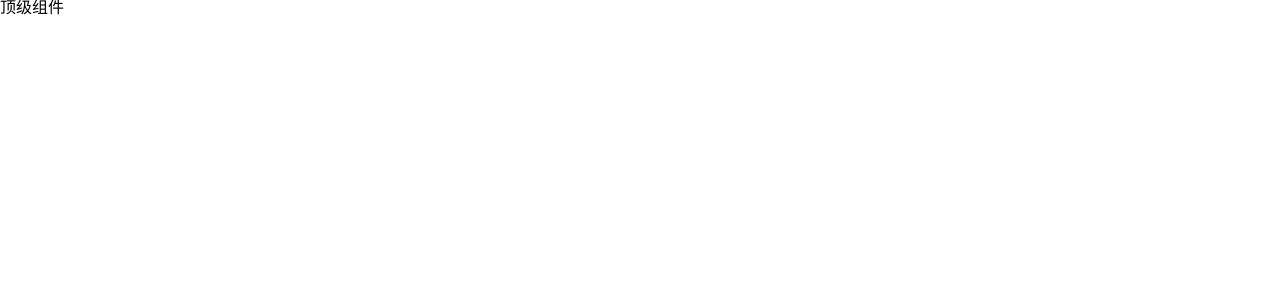
Repository: xzm1997/admin-management
Page: /
These files come from the project's save history. The page is drawn as it stood at one moment and after the next save; the edit follows.
The browser window is 1280 px wide. The pictures show the whole page.
The project was rebuilt for these pictures with package versions that can differ from the ones it lists, and the page was loaded fresh each time. Also part of the build but not shown: vite.config.ts.

Above is the page before, as saved 2023-03-28 16:35:25.

### src/main.tsx
import React from 'react'
import ReactDOM from 'react-dom/client'
import "reset-css"    // 置于APP前，防止样式覆盖
import "@/assets/styles/global.scss"
import App from './App'

ReactDOM.createRoot(document.getElementById('root') as HTMLElement).render(
  <React.StrictMode>
    <App />
  </React.StrictMode>,
)

### src/assets/styles/global.scss
$color:#fff;
body {
  background-color: $color;
  // 禁用文字选中
  user-select: none;
}
img {
  -webkit-user-drag: none;
}

### src/App.tsx
import { useState } from 'react'
import Comp1 from './components/Comp1'

function App() {
  const [count, setCount] = useState(0)

  return (
    <div className="App">
      顶级组件
      <Comp1></Comp1>
    </div>
  )
}

export default App

### src/components/Comp1/index.tsx
// import "./comp1.scss"    // 全局引入，会影响其它组件
// 模块化引入
import styles from "./comp1.module.scss"

function Comp() {
  return (
    <div className={styles.box}>

    </div>
  )
}

export default Comp

### src/components/Comp1/comp1.module.scss
.box {
  color: red;
}

Loaded but not shown: index.html (common file)

After the next save:
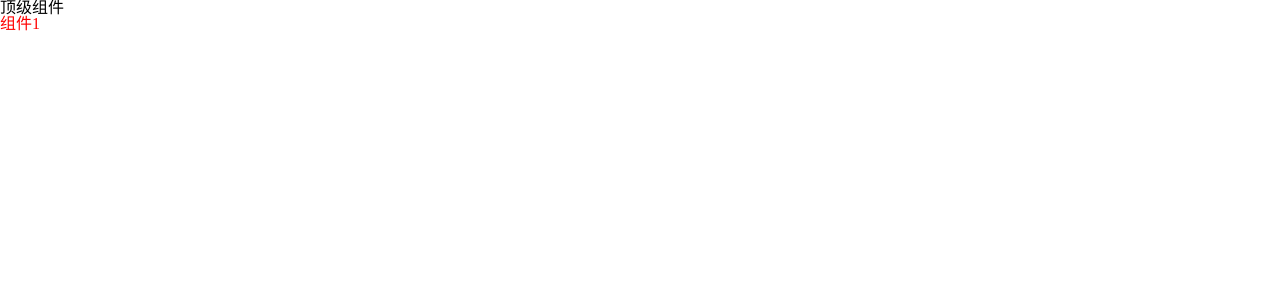
Saved 14 s later.
--- a/src/components/Comp1/index.tsx
+++ b/src/components/Comp1/index.tsx
@@ -5,7 +5,7 @@ import styles from "./comp1.module.scss"
 function Comp() {
   return (
     <div className={styles.box}>
-
+      组件1
     </div>
   )
 }
